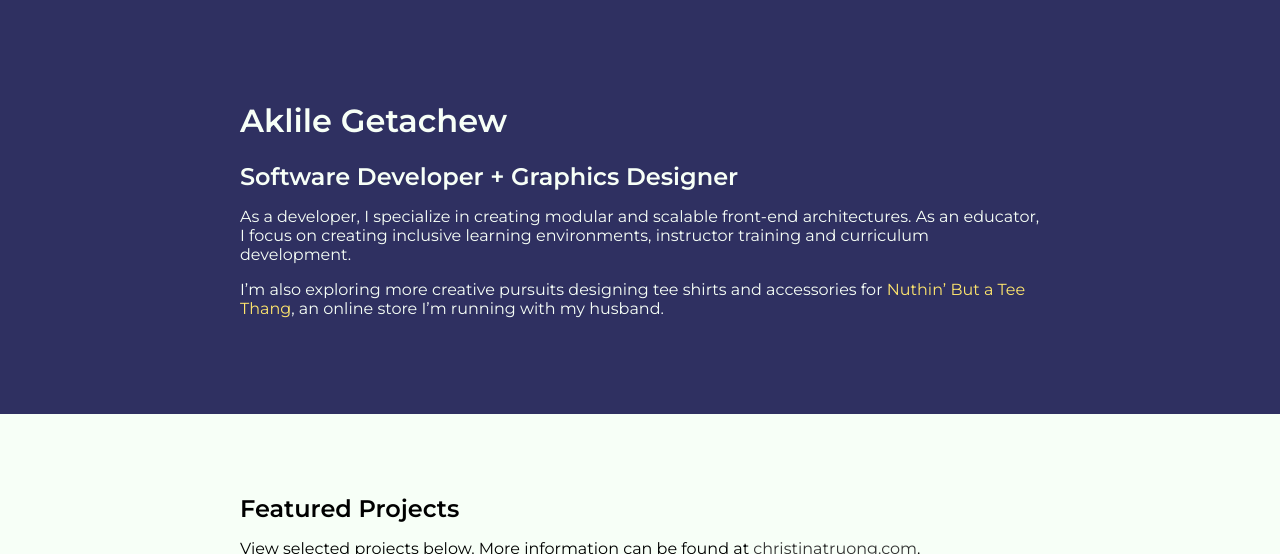
Repository: Aklilegetachew/my-Portfolio
Page: index.html
An editor plug-in stored every save of this project. The page is shown before and after the next save, followed by the edit.
The browser window is 1280 px wide. The pictures show the part of the page from y = 0 to 554 px (the page is 3789 px tall before and 3796 px after).
A picture or video elsewhere on the page could not be fetched, so the positions and the page height are approximate.

Above is the page before, as saved 2021-11-23 13:05:43.

### index.html
<!DOCTYPE html>
<html lang="en">
  <head>
    <meta charset="UTF-8">
    <meta name="viewport" content="width=device-width, initial-scale=1.0">
    <title>Aklile Getachew, Software Engineer</title>
     <link href="https://fonts.googleapis.com/css?family=Caveat|Montserrat:400,600&display=swap" rel="stylesheet">
    <link rel="stylesheet" href="css/styles.css">
  </head>
  <body>
    <main>
      <!-- ***********************  ABOUT / PROFILE  *********************** -->
      <header>
        <div class="content-wrap">
          <h1>Aklile Getachew</h1>
          <h2>Software Developer + Graphics Designer</h2>

          <p>As a developer, I specialize in creating modular and scalable front-end architectures. As an educator, I focus on creating inclusive learning environments, instructor training and curriculum development.</p>
          <p>I’m also exploring more creative pursuits designing tee shirts and accessories for <a href="http://teethang.com" target="_blank">Nuthin’ But a Tee Thang</a>, an online store I’m running with my husband.</p>
        </div>
      </header>

      <!-- ********************  PROJECTS / PORTFOLIO  ********************* -->
      <section class="projects">
        <div class="content-wrap divider">
          <h2>Featured Projects</h2>
          <p>View selected projects below. More information can be found at <a href="http://christinatruong.com">christinatruong.com</a>.</p>

          <!-- Project 1 -->
          <section class="project-item">
            <img src="images/project-courses.jpg" alt="course thumbnail">
            <h3>Lynda / LinkedIn Learning Courses</h3>
            <p>Developed content and instruction for various CSS and front-end focused web development courses including CSS Essential Training, Getting Your Website Online, Design Systems & Architectures and more.</p>
            <a class="btn" href="https://www.linkedin.com/learning/instructors/christina-truong?u=2125562" target="_blank">LinkedIn Learning</a>
            <a class="btn" href="https://www.lynda.com/Christina-Truong/7842227-1.html">Lynda.com</a>
          </section>

          <!-- Project 2 -->
          <section class="project-item">
            <img src="images/project-women-tech.jpg" alt="website thumbnail">
            <h3>Women&&Tech</h3>
            <p>Women&&Tech was launched in 2012 to feature interviews with different women working in the tech industry. I became familiar with them when I was invited to be one of the interviewees! A few years later, I joined the team and helped with the relaunch of the site as the front-end architect.</p>
            <a class="btn" href="http://christinatruong.com/projects/women-and-tech-redesign.html" target="_blank">View the case study</a>
          </section>

          <!-- Project 3 -->
          <section class="project-item">
            <img src="images/project-wire-ipsum.jpg" alt="website thumbnail">
            <h3>The Wire Ipsum</h3>
            <p>After coming back from teaching a JavaScript workshop, I felt inspired to create something just for fun. I realized that of all the content/lorem ipsum generators available, there was nothing for HBO’s The Wire fans. I searched for <a href="http://thewireipsum.com" target="_blank">thewireipsum.com</a> domain and it was available! Generate some content for your projects today.</p>
            <a class="btn" href="http://thewireipsum.com" target="_blank">View live site</a>
          </section>
        </div>
      </section>

      <!-- ***********************  WORK EXPERIENCE  *********************** -->
      <section class="work-experience">
        <div class="content-wrap divider">
          <h2>Work Experience</h2>
          <p>See my complete work history on <a href="https://www.linkedin.com/in/christinatruong/">LinkedIn</a>.</p>

          <!-- Job 1 -->
          <section class="job-item">
            <div class="job-details">
              <h3>Front-end Developer & Educator</h3>
              <p>Freelance</p>
              <p>January 2012-Present</p>
            </div>
            <div class="job-summary">
              <p>Provides various front-end related services ranging from development work, speaking engagements, instructor training, workshops, and curriculum development. See more at  <a href="http://christinatruong.com">christinatruong.com</a>.</p>
            </div>
          </section>

          <!-- Job 2 -->
          <section class="job-item">
            <div class="job-details">
              <h3>Director of Curriculum</h3>
              <p>Ladies Learning Code</p>
              <p>July 2014 - February 2016</p>
            </div>
            <div class="job-summary">
              <p>Managed all curriculum for the adult programs. Created teaching materials and implemented instructor training across 20+ Canadian chapters.</p>
              <p>Key contributions:</p>
              <ul>
                <li>Overhauled the curriculum and standardized the content and delivery.
                  <ul>
                    <li>Created 9 new workshops focusing on HTML, CSS, JavaScript, jQuery, Wordpress and Responsive Web Design.</li>
                    <li>Created all Hackapalooza content (2 day conference style event) consisting of 2-4 hour workshop sessions.</li>
                    <li>Created interactive slide deck template for consistent national workshop branding.</li>
                    <li>Developed the Digital Skills part-time program curriculum.</li>
                  </ul>
                </li>
                <li>Provided training for all instructors focusing on creating an inclusive and engaging learning environment.</li>
                <li>Maintained the ladieslearningcode.com website.</li>
                <li>Volunteer lead instructor from 2011-2014 for Toronto workshops and several chapter launches.</li>
              </ul>
            </div>
          </section>

          <!-- Job 3 -->
          <section class="job-item">
            <div class="job-details">
              <h3>Lead Front-End Developer</h3>
              <p>Field iD</p>
              <p>March 2013 - February 2014</p>
            </div>
            <div class="job-details">
              <p>Lead the front-end development for the in-house safety inspection software.</p>
              <p>Key contributions:</p>
              <ul>
                <li>Responsible for setting code standards for the front-end development.</li>
                <li>Created a fully customized front-end framework, including the UI/UX design.</li>
                <li>Standardized the site architecture and design.</li>
              </ul>
            </div>
          </section>
        </div>
      </section>

      <!-- ******************  EDUCATION & CERTIFICATIONS ****************** -->
      <section class="education item-details">
        <div class="content-wrap">
          <h2>Education</h2>

          <section>
            <h3>Seneca College - Toronto, ON</h3>
            <p>Webmaster Content Site Design Certificate, 2006</p>
            <p>14 week full-time program covering HTML, CSS, Flash, Photoshop, PHP and JavaScript.</p>
          </section>

          <section>
            <h3>York University - Toronto, ON</h3>
            <p>Bachelor of Arts with Honours, 2001-2005</p>
            <p>Double Major in Communications & Psychology.</p>
          </section>

          <section>
            <h3>San Jose State University - San Jose, CA</h3>
            <p>General Studies, 2000</p>
          </section>
        </div>
      </section>

      <!-- *****************  CONTACT INFO / SOCIAL MEDIA  ***************** -->
      <footer>
        <div class="content-wrap">
          <h2>Let's Keep in Touch!</h2>

          <!-- Social media and contact links. Add or remove any networks. -->
          <ul class="contact-list">
            <li><a href="mailto:email@example.com">email@example.com</a></li>
            <li><a href="http://christinatruong.com" target="_blank">christinatruong.com</a></li>
            <li><a href="http://twitter.com/christinatruong" target="_blank">Twitter</a></li>
            <li><a href="#" target="_blank">LinkedIn</a></li>
          </ul>
        </div>
      </footer>
    </main>
  </body>
</html>

### css/styles.css
/*
COLOR PALETTE
https://coolors.co/f7fff7-343434-2f3061-ffe66d-a1c6d7
#F7FFF7 - almost white
#343434 - dark gray - almost black
#2F3061 - blue dark
#FFE66D - yellow
#A1C6D7 - blue light
*/

/* global
======================================================*/
img{
    width: 300px;
}
a{
    color: #FFE66D ;
    text-decoration: none;
}
body{
    margin: 0;
    padding: 0;
    font-family: 'Montserrat', sans-serif;
}
h2{
    margin: 0;
}
h1, h2 {
    font-family: font-family: 'Caveat', cursive;
}
.content-wrap{
    width: 800px;
    margin: 0 auto;
    padding: 80px 0;
}

/* Heading
======================================================*/
header{
    background-color: #2F3061 ;
    color: #F7FFF7;
}



/* projects
======================================================*/

.projects{
    background-color: #F7FFF7 ;

}

.projects a{
    color: #343434 ;

}
.projects .btn{
    color: #F7FFF7;
    background-color: #2F3061;
    text-decoration: none;
    padding: 8px;
    border-radius: 4px;
    display: inline-block;
}

/* Work experiance
=======================================================*/
.work-experience{
    background-color: #A1C6D7;

}

/* footer
=======================================================*/
footer{
    background-color: #343434 ;
    color: #F7FFF7;
}

After the next save:
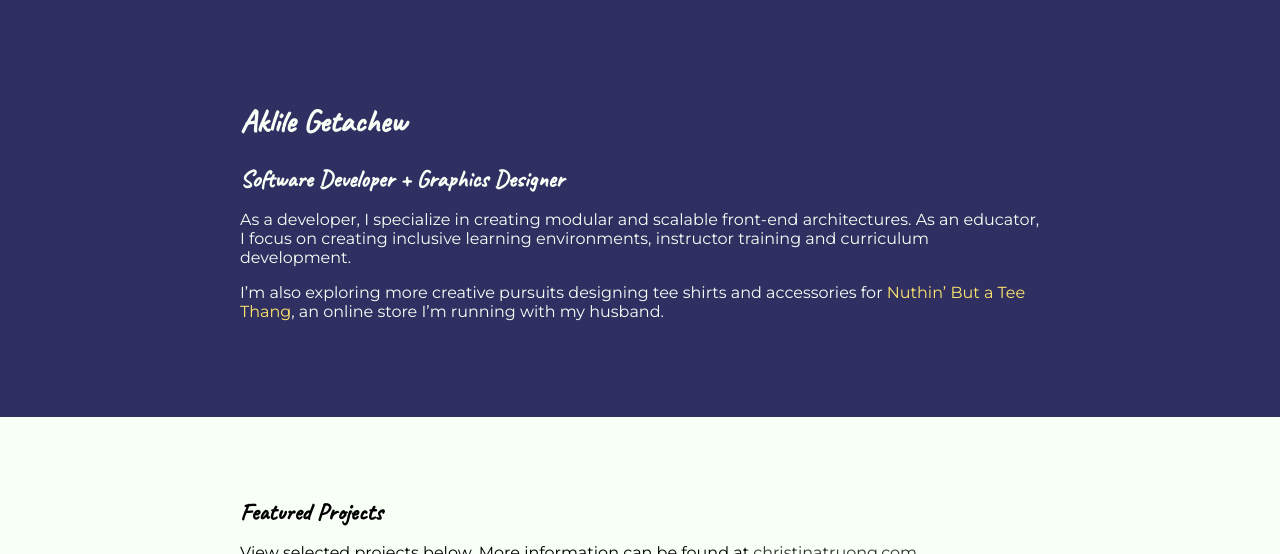
Saved 36 s later.
--- a/css/styles.css
+++ b/css/styles.css
@@ -26,7 +26,7 @@
     margin: 0;
 }
 h1, h2 {
-    font-family: font-family: 'Caveat', cursive;
+    font-family: 'Caveat', cursive;
 }
 .content-wrap{
     width: 800px;
